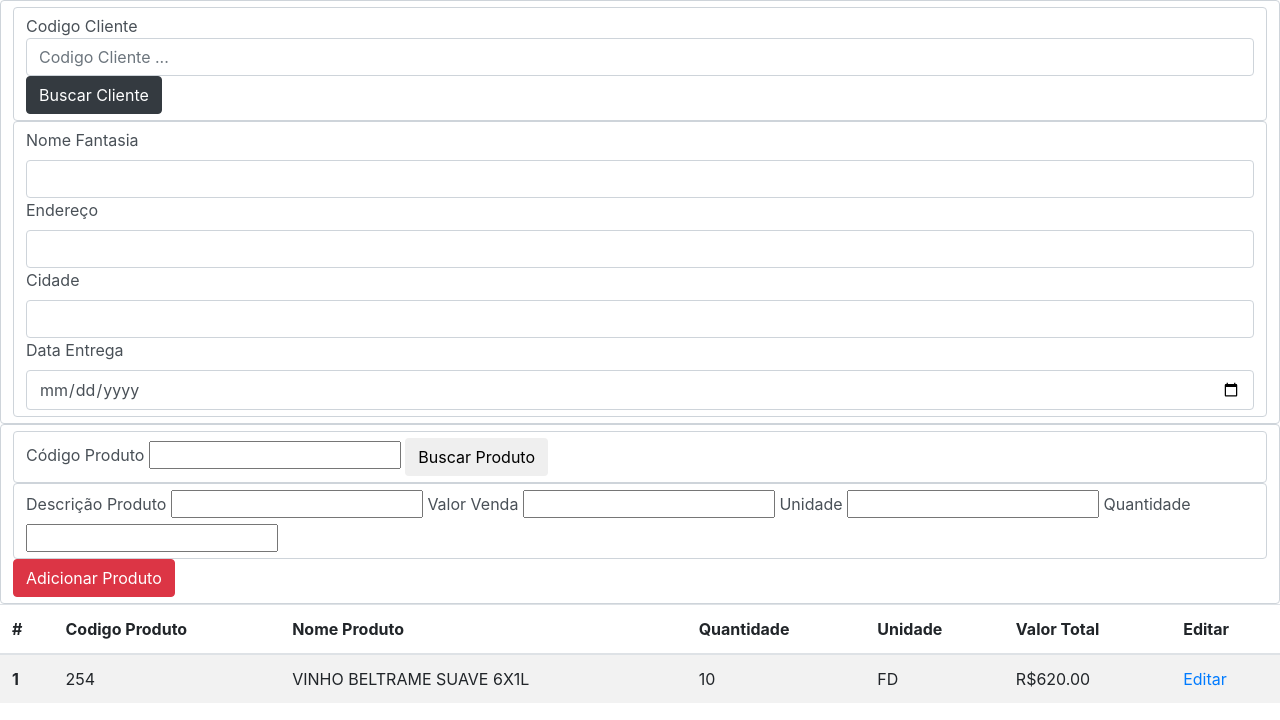
Repository: RobertoAntunes35/controle-estoque
Page: backend/templates/paginaGeracaoPedidos.html
The author's editor kept a copy of each file at every save. The page is drawn from the files as they stood at one save, then again after the next save.
The browser window is 1280 px wide. The pictures show the whole page.
Some web libraries are served in a nearby version. The template is drawn by Flask 3. The application's start-up code is not run. Other server files are loaded and not shown. The template is opened directly, without the code that normally fills it, so the values that code supplies are empty.

Above is the page before, as saved 2023-06-06 10:55:09.

### backend/templates/paginaGeracaoPedidos.html
{% extends "index.html" %}

{% block title %} Geração Pedidos {% endblock %}

{% block content %}
<div class="content-geracao-pedido">
        <form action="">
            <div class="data-clientes form-control">
                <div class="buscar form-control">
                    <label class="form-check-label" for="">Codigo Cliente</label>
                    <input class="form-control" type="text" name="codigoCliente" id="codigoCliente" placeholder="Codigo Cliente ...">
                    <a href="#" class="btn btn-dark">Buscar Cliente</a>
                </div>

                <div class="datas-cliente form-control">
                    <label for="">Nome Fantasia</label>
                    <input class="form-control" type="text" name="nomeFantasia" id="nomeFantasia">

                    <label for="">Endereço</label>
                    <input class="form-control" type="text" name="enderecoCliente" id="enderecoCliente">

                    <label for="">Cidade</label>
                    <input class="form-control" type="text" name="cidadeCliente" id="cidadeCliente">

                    <label for="">Data Entrega</label>
                    <input class="form-control" type="date" name="dataEntrega" id="dataEntrega">
                </div>
            </div>
            <div class="produtos">
                <div class="busca-produtos form-control">
                    <div class="busca form-control">
                        <label for="">Código Produto</label>
                        <input class="" type="text" name="codigoProduto" id="codigoProduto">
                        <button class="btn" id="btnBuscaProduto" name="btnBuscaProduto">Buscar Produto</button>
                    </div>
                    <div class="dados-produtos form-control">
                        <label for="">Descrição Produto</label>
                        <input type="text" name="descricaoProduto" id="descricaoProduto">

                        <label for="">Valor Venda</label>
                        <input type="number" name="valorVenda" id="valorVenda">

                        <label for="">Unidade</label>
                        <input type="text" name="unidadeProduto" id="unidadeProduto">

                        <label for="">Quantidade</label>
                        <input type="number">
                    </div>
                    <button class="btn btn-danger">Adicionar Produto</button>
                </div>


                <table class="table table-striped table-borderless">
                    <thead>
                        <tr>
                            <th scope="col">#</th>
                            <th scope="col">Codigo Produto</th>
                            <th scope="col">Nome Produto</th>
                            <th scope="col">Quantidade</th>
                            <th scope="col">Unidade</th>
                            <th scope="col">Valor Total</th>
                            <th scope="col">Editar</th>
                        </tr>
                    </thead>

                    <tbody>
                        <tr>
                            <th scope="row">1</th>
                            <td>254</td>
                            <td>VINHO BELTRAME SUAVE 6X1L</td>
                            <td>10</td>
                            <td>FD</td>
                            <td>R$620.00</td>
                            <td><a href="#">Editar</a></td>
                        </tr>
                    </tbody>

                </table>

            </div>

        </form>
    </div>

{% endblock %}

### backend/templates/index.html
<!DOCTYPE html>
<html lang="en">

{% block head %}
<head>
    <meta charset="UTF-8">
    <meta http-equiv="X-UA-Compatible" content="IE=edge">
    <meta name="viewport" content="width=device-width, initial-scale=1.0">
    <title>{% block title %} {% endblock %}</title>

    <script src="https://ajax.googleapis.com/ajax/libs/jquery/3.5.1/jquery.min.js"></script>
    <!-- CSS INTERNO -->
    <link rel="stylesheet" href="{{ url_for('static', filename='css/globalStyle.css') }}">

    <!-- FONTE -->

    <!-- BOOTSTRAP -->
    <link rel="stylesheet" href="https://maxcdn.bootstrapcdn.com/bootstrap/4.0.0/css/bootstrap.min.css">
    <script src="https://maxcdn.bootstrapcdn.com/bootstrap/4.0.0/js/bootstrap.min.js"></script>
    <script src="https://cdnjs.cloudflare.com/ajax/libs/popper.js/1.12.9/umd/popper.min.js"></script>

    <!-- SCRIPT INTERNO -->
    <script src="{{ url_for('static' , filename='js/script.js') }}"></script>

    <!-- SCRIPTS AUXILIARES -->

</head>
{% endblock %}

<body>
   <div class="content">
    {% block content %} {% endblock %}
    </div>

</body>
</html>

### backend/static/css/globalStyle.css
* {
    margin: 0 auto;
    padding: 0;
    box-sizing: border-box;
}

.div-formulario {
    border: 1px solid;
}

.container {
    display: flex;
    justify-content: left;
    align-items: center;
    width: 100vw;
    height: 100vh;

    /* border: 1px solid; */
}

.search-product{
    /* border: 1px solid; */
}
.values-find{
    /* border: 1px solid; */
}

.choices-values{
    /* border: 1px solid; */
}

### backend/static/js/script.js

$(document).ready(function() {
    $('#btnBuscar').click(function(event) {
        event.preventDefault();

        var inputValue = $('#codigo').val();
        console.log(inputValue);

    $.ajax({
        url: '/busca_produtos',
        type: 'POST',
        data: {codigoProduto: inputValue},
        success: function(date) {
            $('#descricao').val(date.updatedValue.descricao)
            $('#codigoFornecedor').val(date.updatedValue.codigoFornecedor)
            $('#unidade').val(date.updatedValue.unidade)
        }
    });
    });
});


function verificarEnter(event) {
    if(event.keyCode === 13) {
        event.preventDefault();

        var botao = document.getElementById("btnBuscar")
        botao.click();
    }
}

After the next save:
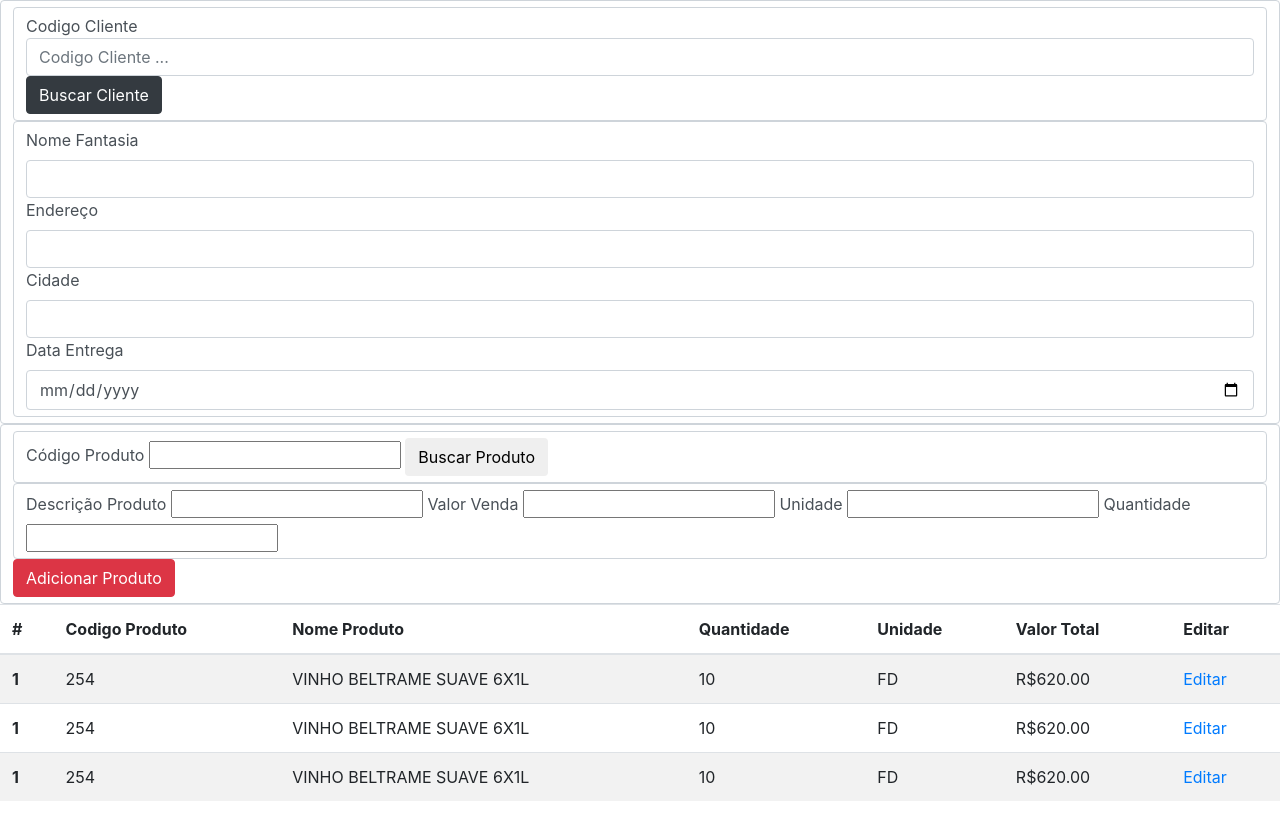
Saved 12 s later.
--- a/backend/templates/paginaGeracaoPedidos.html
+++ b/backend/templates/paginaGeracaoPedidos.html
@@ -73,6 +73,24 @@
                             <td>R$620.00</td>
                             <td><a href="#">Editar</a></td>
                         </tr>
+                        <tr>
+                            <th scope="row">1</th>
+                            <td>254</td>
+                            <td>VINHO BELTRAME SUAVE 6X1L</td>
+                            <td>10</td>
+                            <td>FD</td>
+                            <td>R$620.00</td>
+                            <td><a href="#">Editar</a></td>
+                        </tr>
+                        <tr>
+                            <th scope="row">1</th>
+                            <td>254</td>
+                            <td>VINHO BELTRAME SUAVE 6X1L</td>
+                            <td>10</td>
+                            <td>FD</td>
+                            <td>R$620.00</td>
+                            <td><a href="#">Editar</a></td>
+                        </tr>
                     </tbody>
 
                 </table>
